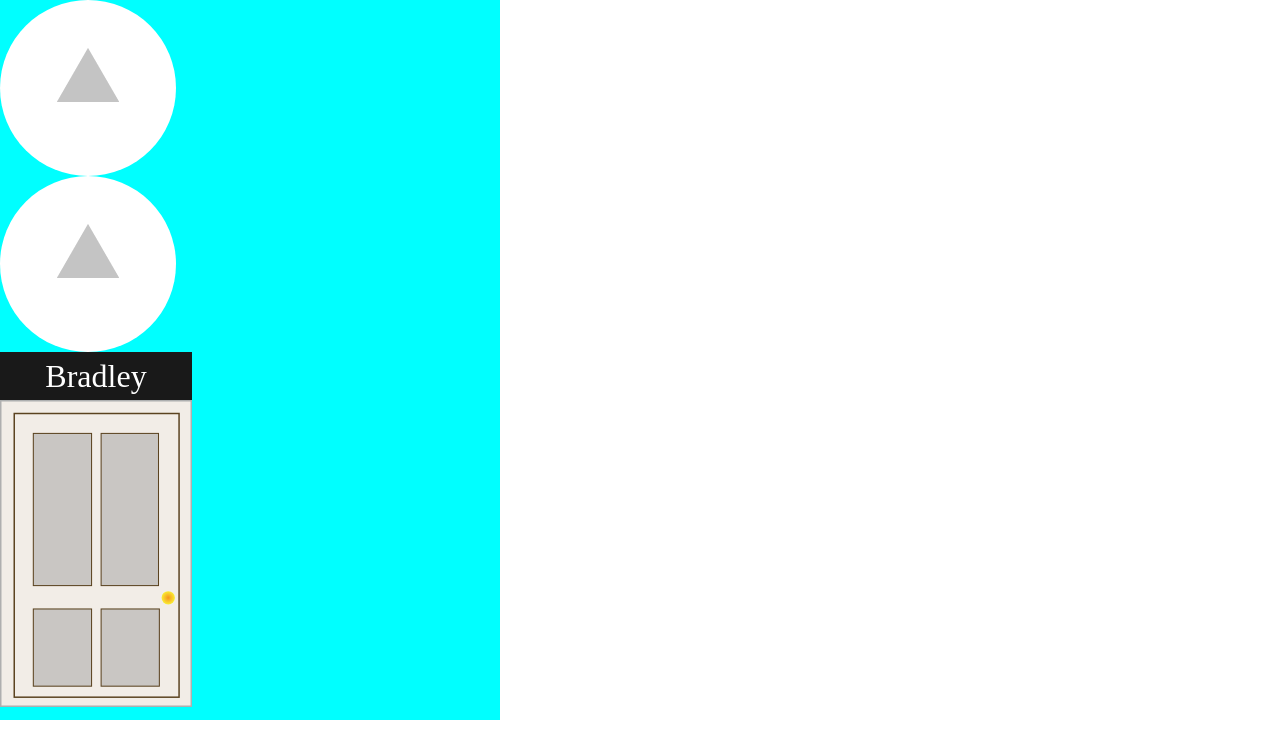
Repository: dnguyen130/HelpAHomieV3
Page: index.html
The author's editor kept a copy of each file at every save. The page is drawn from the files as they stood at one save, then again after the next save.
The browser window is 1280 px wide. The pictures show the whole page.

Above is the page before, as saved 2021-03-10 20:25:46.

After the next save:
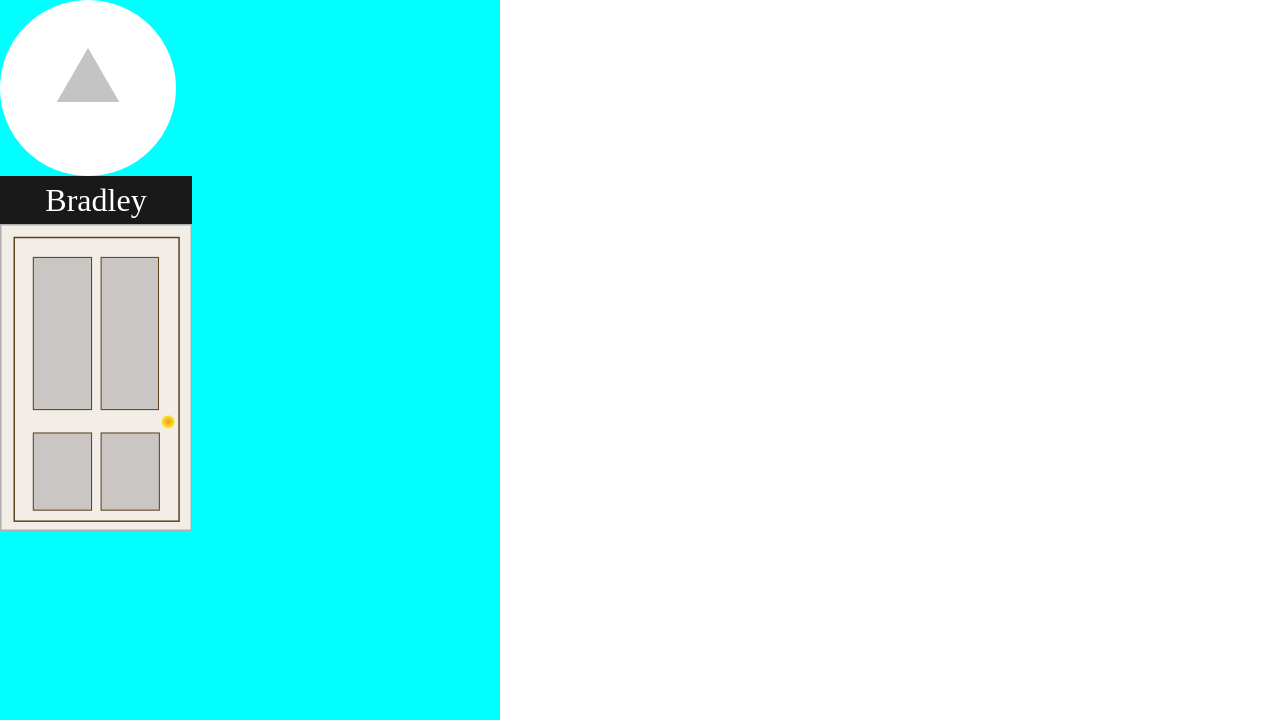
Saved 7 s later.
--- a/workflow.js
+++ b/workflow.js
@@ -1,6 +1,6 @@
 //arrows
 document.querySelector(".arrow").innerHTML += TriangleButtonUI();
-document.querySelector(".arrow").innerHTML += TriangleButtonUI();
+// document.querySelector(".arrow").innerHTML += TriangleButtonUI();
 
 
 //doors
